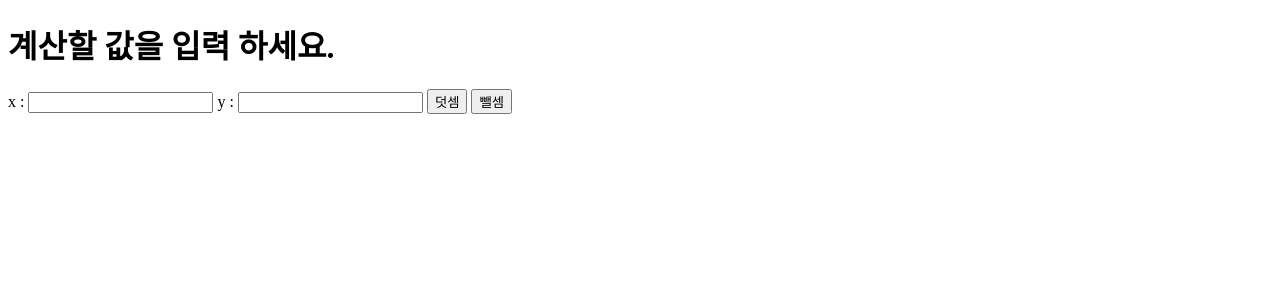
Repository: Realhyeonwoo/study-jsp
Page: JSPPrj/WebContent/calc2.html
These files come from the project's save history. The page is drawn as it stood at one moment and after the next save; the edit follows.
The browser window is 1280 px wide. The pictures show the whole page.

Above is the page before, as saved 2020-04-15 13:24:06.

### JSPPrj/WebContent/calc2.html
<!DOCTYPE html>
<html>
<head>
<meta charset="UTF-8">
<title>Insert title here</title>
</head>
<body>
	<h1>계산할 값을 입력 하세요.</h1>
	<form action="calc" method="post">
		<label>x : </label>
		<input type="text" name="x"/>
		<label>y : </label>
		<input type="text" name="y"/>
		<input type="submit" name="operator" value="덧셈"/>
		<input type="submit" name="operator" value="뺄셈"/>
	</form>
</body>
</html>

After the next save:
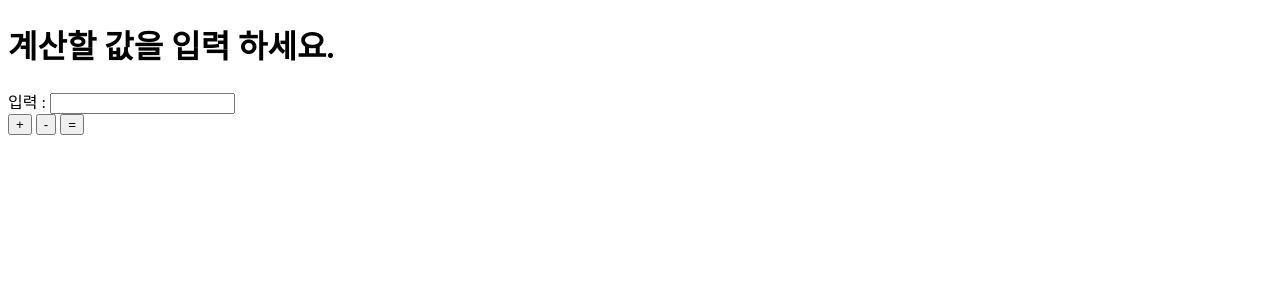
Saved 74 s later.
--- a/JSPPrj/WebContent/calc2.html
+++ b/JSPPrj/WebContent/calc2.html
@@ -7,12 +7,15 @@
 <body>
 	<h1>계산할 값을 입력 하세요.</h1>
 	<form action="calc" method="post">
-		<label>x : </label>
-		<input type="text" name="x"/>
-		<label>y : </label>
-		<input type="text" name="y"/>
-		<input type="submit" name="operator" value="덧셈"/>
-		<input type="submit" name="operator" value="뺄셈"/>
+		<div>
+			<label>입력 : </label>
+			<input type="text" name="v" />
+		</div>
+		<div>
+			<input type="submit" name="operator" value="+" />
+			<input type="submit" name="operator" value="-" />
+			<input type="submit" name="operator" value="=" />
+		</div>
 	</form>
 </body>
 </html>
